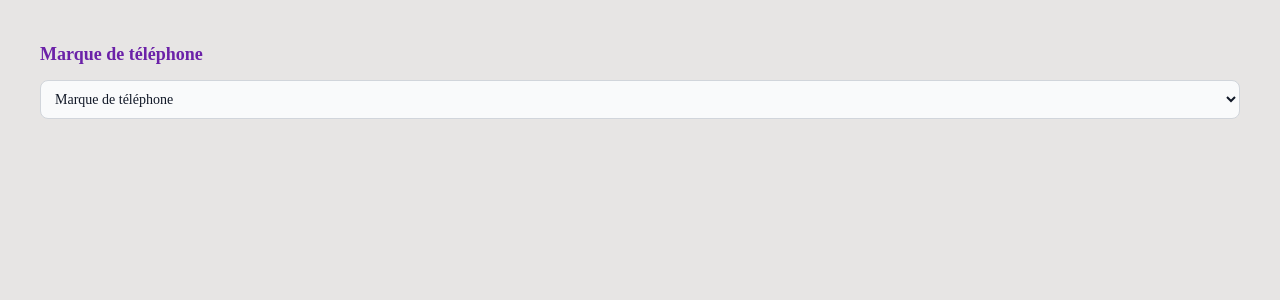
Repository: darlino/gotyu_shopify_section
Page: product_select220223/index.html
An editor plug-in stored every save of this project. The page is shown before and after the next save, followed by the edit.
The browser window is 1280 px wide. The pictures show the whole page.
Some web fonts or font styles are not loaded; a fallback is used. Some web libraries are served in a nearby version.

Above is the page before, as saved 2023-02-22 18:24:13.

### product_select220223/index.html
<!DOCTYPE html>
<html lang="en">
  <head>
    <meta charset="UTF-8" />
    <meta http-equiv="X-UA-Compatible" content="IE=edge" />
    <meta name="viewport" content="width=device-width, initial-scale=1.0" />
    <title>Document</title>
    <script src="https://cdn.tailwindcss.com"></script>
    <link rel="preconnect" href="https://fonts.googleapis.com" />
    <link rel="preconnect" href="https://fonts.gstatic.com" crossorigin />
    <link
      href="https://fonts.googleapis.com/css2?family=Gloock&display=swap"
      rel="stylesheet"
    />
    <link rel="stylesheet" href="style.css" />
  </head>
  <body>
    <section id="product_select220223">
      <div class="flex flex-col max-w-[1300px] bg-stone-200 h-screen mx-auto">
        <div class="flex flex-col w-full space-y-3 mx-auto p-10">
          <p class="text-lg font-bold text-left text-purple-800">
            Marque de téléphone
          </p>
          <select
            name="select_brand"
            id="select_brand"
            class="bg-gray-50 border border-gray-300 text-gray-900 text-sm rounded-lg focus:ring-blue-500 focus:border-blue-500 block w-full p-2.5 dark:bg-gray-700 dark:border-gray-600 dark:placeholder-gray-400 dark:text-white dark:focus:ring-blue-500 dark:focus:border-blue-500"
          >
            <option class="text-md mb-2" value="">Marque de téléphone</option>
            <option class="text-md mb-2" value="Samsung">Samsung</option>
            <option class="text-md mb-2" value="Xiaomi">Xiaomi</option>
            <option class="text-md mb-2" value="Iphone">Iphone</option>
          </select>
        </div>
      </div>
    </section>
  </body>
</html>

### product_select220223/style.css
* {
  margin: 0;
  padding: 0;
  font-family: "Gloock", serif;
}

#product_select220223 {
  width: 100%;
  height: auto;
}

After the next save:
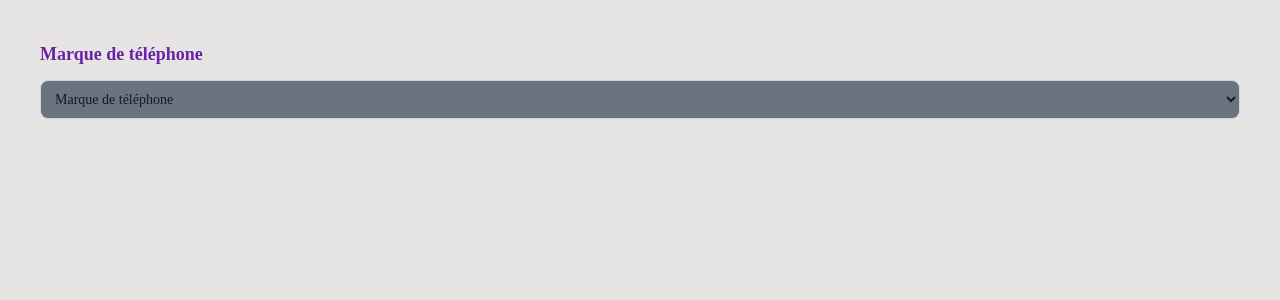
Saved 26 s later.
--- a/product_select220223/index.html
+++ b/product_select220223/index.html
@@ -24,7 +24,7 @@
           <select
             name="select_brand"
             id="select_brand"
-            class="bg-gray-50 border border-gray-300 text-gray-900 text-sm rounded-lg focus:ring-blue-500 focus:border-blue-500 block w-full p-2.5 dark:bg-gray-700 dark:border-gray-600 dark:placeholder-gray-400 dark:text-white dark:focus:ring-blue-500 dark:focus:border-blue-500"
+            class="bg-gray-500 border border-gray-300 text-gray-900 text-sm rounded-lg focus:ring-blue-500 focus:border-blue-500 block w-full p-2.5 dark:bg-gray-700 dark:border-gray-600 dark:placeholder-gray-400 dark:text-white dark:focus:ring-blue-500 dark:focus:border-blue-500"
           >
             <option class="text-md mb-2" value="">Marque de téléphone</option>
             <option class="text-md mb-2" value="Samsung">Samsung</option>
